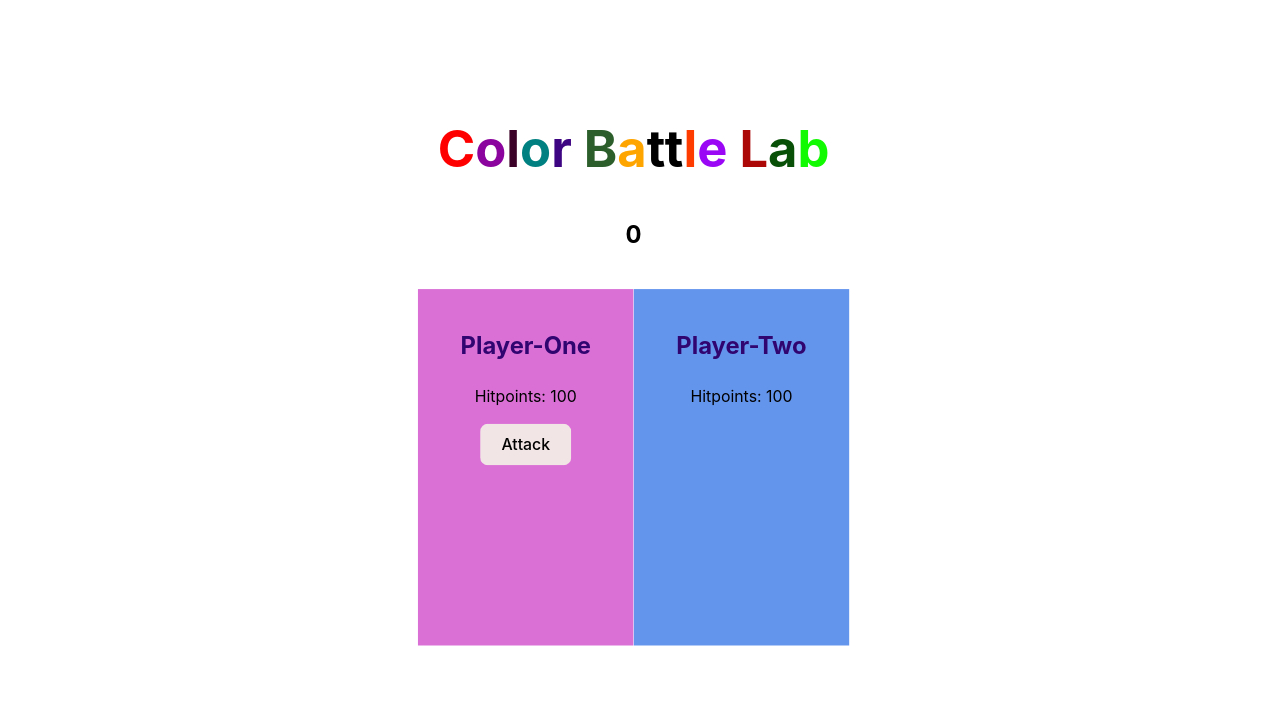
Repository: RAWdevX21/color-battle_lab-build
Page: /
An editor plug-in stored every save of this project. The page is shown before and after the next save, followed by the edit.
The browser window is 1280 px wide. The pictures show the whole page, at 99% of full size.
The project was rebuilt for these pictures with package versions that can differ from the ones it lists, and the page was loaded fresh each time. Also part of the build but not shown: vite.config.js.

Above is the page before, as saved 2023-08-17 05:17:39.

### index.html
<!doctype html>
<html lang="en">
  <head>
    <meta charset="UTF-8" />
    <link rel="icon" type="image/svg+xml" href="/vite.svg" />
    <meta name="viewport" content="width=device-width, initial-scale=1.0" />
    <title>Color Battle</title>
  </head>
  <body>
    <div id="root"></div>
    <script type="module" src="/src/main.jsx"></script>
  </body>
</html>

### src/App.jsx
import { useState } from "react";
import GameBanner from "./Components/GameBanner";
import Player from "./Components/PlayerInfo";
import "./App.css";

export default function App() {
  const [player1, setPlayer1] = useState({
    name: "Player-One",
    color: "orchid",
    hitpoints: 100,
    turn: true
  });

  const [player2, setPlayer2] = useState({
    name: "Player-Two",
    color: "cornflowerblue",
    hitpoints: 100,
    turn: false
  });

  const [dice, setDice] = useState(0);

  const handleAttack = (attacker, defender, setAttacker, setDefender) => {
    const damage = Math.floor(Math.random() * 6) + 1;
    setDice(damage);

    const updatedDefender = {
      ...defender,
      hitpoints: defender.hitpoints - damage
    };
    const updatedAttacker = { ...attacker, turn: false };

    setDefender(updatedDefender);
    setAttacker(updatedAttacker);

    // Switch turns
    if (attacker === player1) {
      setPlayer2({ ...player2, turn: true });
    } else {
      setPlayer1({ ...player1, turn: true });
    }

    // Check for game over
    if (updatedDefender.hitpoints <= 0) {
      alert(`${attacker.name} wins!`);
      // Reset game or any other logic you want to add
    }
  };

  return (
    <>
      <div className="wrapper">
        <GameBanner damagePoints={dice} />

        <div className="players-container">
          <div className="player-wrapper">
            <Player
              player={player1}
              onAttack={() =>
                handleAttack(player1, player2, setPlayer1, setPlayer2)
              }
            />
          </div>
          <div className="player-wrapper">
            <Player
              player={player2}
              onAttack={() =>
                handleAttack(player2, player1, setPlayer2, setPlayer1)
              }
            />
          </div>
        </div>
      </div>
    </>
  );
}

### src/index.css
:root {
  font-family: Inter, system-ui, Avenir, Helvetica, Arial, sans-serif;
  line-height: 1.5;
  font-weight: 400;

  color-scheme: light dark;
  background-color: #242424;

}

body {
  margin: 0;
  display: flex;
  place-items: center;
  min-width: 320px;
  min-height: 100vh;
}

h1 {
  font-size: 3.2em;
  line-height: 1.1;
}

button {
  border-radius: 8px;
  border: 1px solid transparent;
  padding: 0.6em 1.2em;
  font-size: 1em;
  font-weight: 500;
  font-family: inherit;
  background-color: #1a1a1a;
  cursor: pointer;
  transition: border-color 0.25s;
}
button:hover {
  border-color: #646cff;
}
button:focus,
button:focus-visible {
  outline: 4px auto -webkit-focus-ring-color;
}

@media (prefers-color-scheme: light) {
  :root {
    background-color: #ffffff;
  }

  button {
    background-color: #ffffff;
  }
}

### src/Components/GameBanner.jsx
import './GameBanner.css';
import Die from "./Die";

const GameBanner = ({ damagePoints }) => {
    return (
      <div className="banner">
        <h1>
          <span className="banner--c">C</span>
          <span className="banner--o">o</span>
          <span className="banner--l">l</span>
          <span className="banner--o2">o</span>
          <span className="banner--r">r</span>
          &nbsp;
          <span className="banner--b">B</span>
          <span className="banner--a">a</span>
          <span className="banner--t">t</span>
          <span className="banner--t">t</span>
          <span className="banner--l2">l</span>
          <span className="banner--e">e</span>
          &nbsp;
          <span className="banner--l3">L</span>
          <span className="banner--a2">a</span>
          <span className="banner--b2">b</span>
        </h1>
        <div className="damage-points">
          <Die value={damagePoints} />
        </div>
      </div>
    );
}

export default GameBanner;

### src/Components/PlayerInfo.jsx
import "./PlayerInfo.css";

const Player = ({ player, onAttack }) => {
  return (
    <div className="player" style={{ backgroundColor: player.color }}>
      <h2>{player.name}</h2>
      <p>Hitpoints: {player.hitpoints}</p>
      {player.turn && (
        <button className="attack-button" onClick={onAttack}>
          Attack
        </button>
      )}
    </div>
  );
};

export default Player;

### src/App.css
#root {
  margin: 0 auto;
  padding: 2rem;
  text-align: center;
}

h2 {
  color: rgb(49, 5, 112);
}

.players-container {
  display: flex;
  align-items: stretch;
}

.player-wrapper {
  flex: 1;
  height: 50vh !important;
  min-height: 50vh !important;
  box-sizing: border-box;
  overflow: hidden !important;
}

### src/Components/GameBanner.css
.banner {
    text-align: center;
    padding: 20px;
    background-color: #ffffff;
    color: black;
}

.damage-points {
    margin-top: 10px;
    font-size: 6rem;
}

.banner h1 span.banner--c { color: red; }
.banner h1 span.banner--o { color: rgb(140, 4, 158); }
.banner h1 span.banner--l { color: rgb(60, 1, 38); }
.banner h1 span.banner--o2 { color: teal; }
.banner h1 span.banner--r { color: rgb(62, 5, 131); }
.banner h1 span.banner--b { color: rgb(43, 94, 43); }
.banner h1 span.banner--a { color: orange; }
.banner h1 span.banner--t { color: black; }
.banner h1 span.banner--l2 { color: rgb(255, 60, 0); }
.banner h1 span.banner--e { color: rgb(153, 7, 245); }
.banner h1 span.banner--l3 { color: rgb(172, 8, 8); }
.banner h1 span.banner--a2 { color: rgb(8, 80, 8); }
.banner h1 span.banner--b2 { color: rgb(17, 250, 1); }

### src/Components/Die.jsx
import "./Die.css";

const Die = ({ value }) => {
  return <div className="die-container">{value}</div>;
};

export default Die;

### src/Components/PlayerInfo.css
div.player {
    height: 30rem;
    overflow: hidden;
}

.player {
    padding: 20px;
    box-sizing: border-box;
    background-color: #f5f5f5;
}

.attack-button {
    padding: 10px 20px;
    background-color: rgb(242, 229, 229);
    color: black;
    cursor: pointer;
}

### src/Components/Die.css
.die {
    text-align: center;
    font-size: 20px;
    margin-top: 20px;
}

.die-container {
    width: 50px;
    height: 50px;
    /* border: 2px solid black; */
    /* border-radius: 8px; */
    display: flex;
    align-items: center;
    justify-content: center;
    font-size: 24px;
    font-weight: bold;
    margin: 10px auto;
}

Loaded but not shown: src/main.jsx (common file)

After the next save:
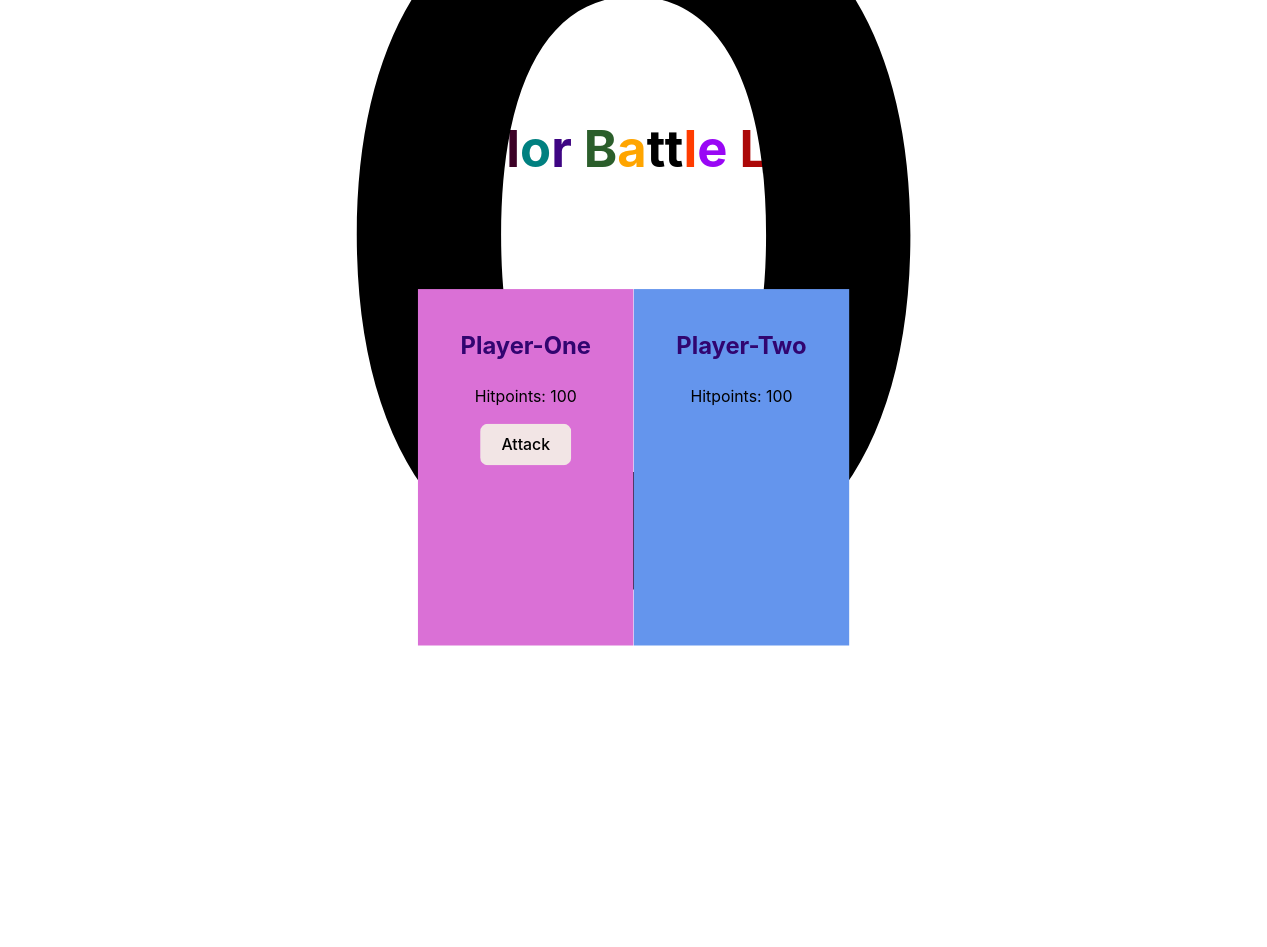
Saved 18 s later.
--- a/src/Components/Die.css
+++ b/src/Components/Die.css
@@ -12,7 +12,7 @@
     display: flex;
     align-items: center;
     justify-content: center;
-    font-size: 24px;
+    font-size: 10em;
     font-weight: bold;
     margin: 10px auto;
 }

After the save that followed:
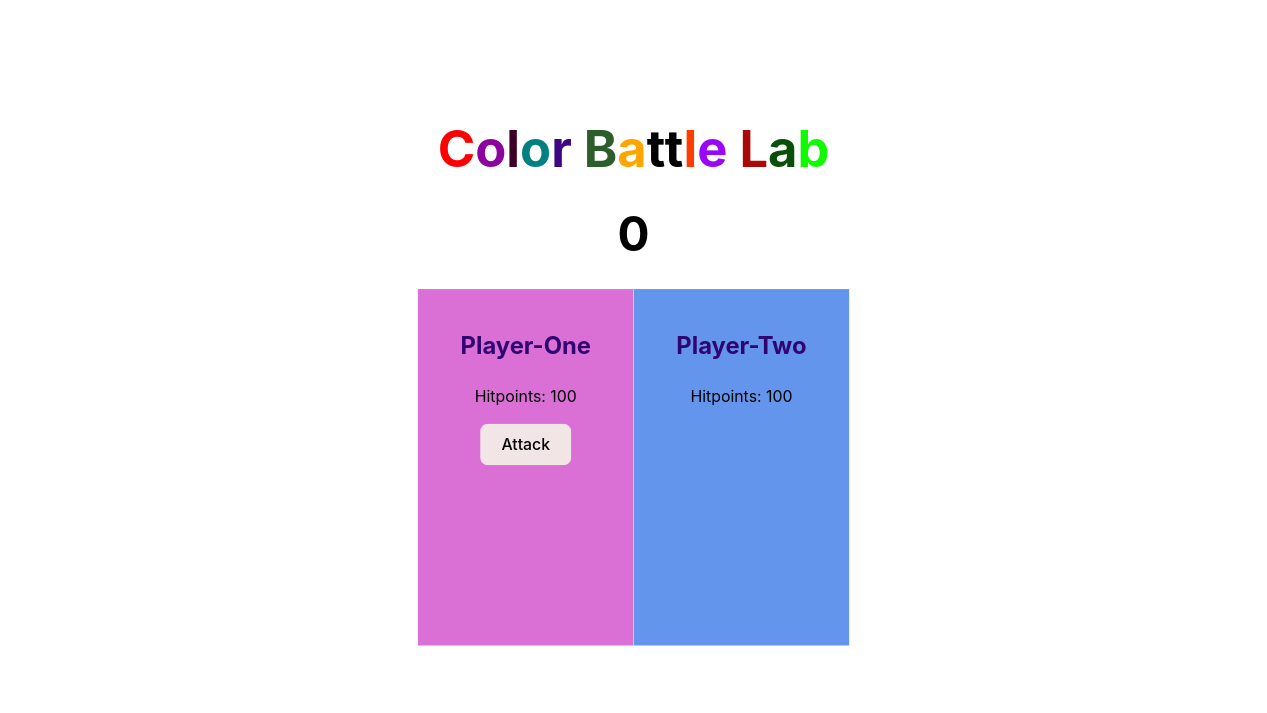
Saved 11 s later.
--- a/src/Components/Die.css
+++ b/src/Components/Die.css
@@ -12,7 +12,7 @@
     display: flex;
     align-items: center;
     justify-content: center;
-    font-size: 10em;
+    font-size: 3rem;
     font-weight: bold;
     margin: 10px auto;
 }
